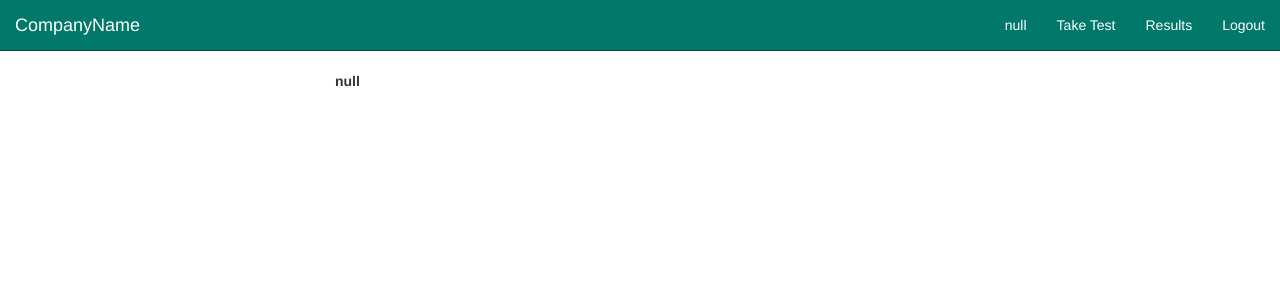
Repository: jayakumar721/projects
Page: http://localhost/TestEngine/result.jsp
These files come from the project's save history. The page is drawn as it stood at one moment and after the next save; the edit follows.
The browser window is 1280 px wide. The pictures show the whole page.
Some web libraries are served in a nearby version. The page is served by Tomcat 9.

Above is the page before, as saved 2017-11-28 11:28:19.

After the next save:
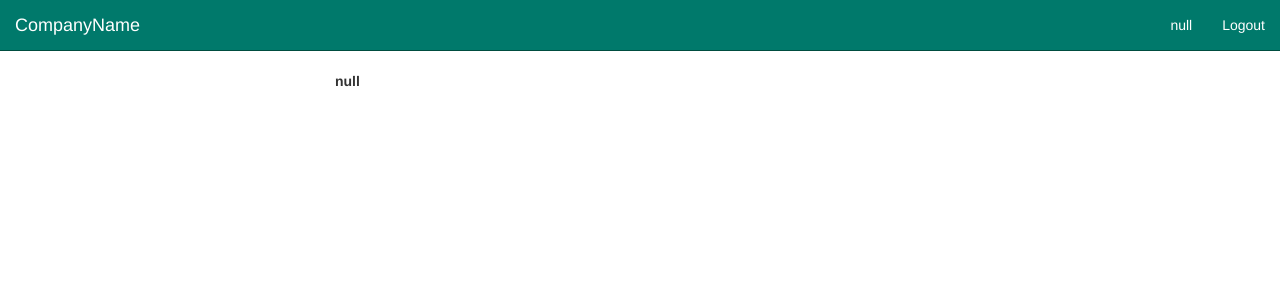
Saved 119 s later.
--- a/TestEngine/WebContent/header.jsp
+++ b/TestEngine/WebContent/header.jsp
@@ -71,10 +71,7 @@ color
 					<li><i class="fa fa-user-circle"></i><a><%=session.getAttribute("name")%></a>
 
 					</li>
-					<li><a href="Questions" id="taketest"><i
-							class="fa fa-dashboard"></i> Take Test</a></li>
-					<li><a href="Results" id="result"><i class="fa fa-tags"></i>
-							Results</a></li>
+
 					<li><a href="Login.html"><i class="fa fa-sign-out"></i>
 							Logout</a></li>
 				</ul>
